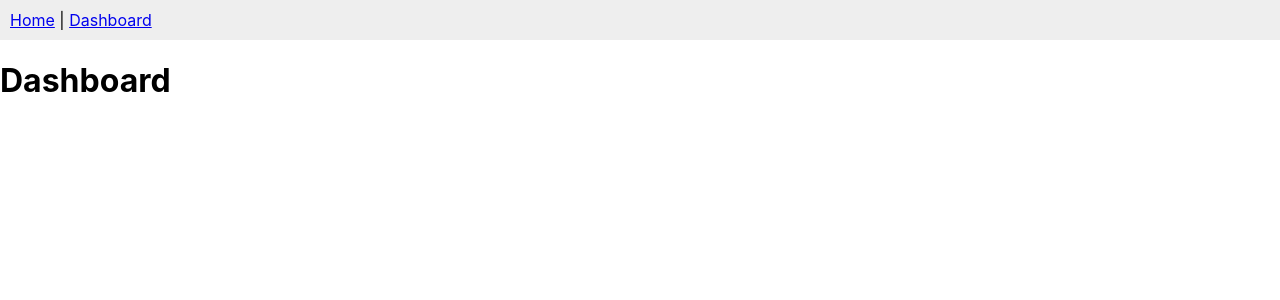
Repository: sashwanth-7/coursera-clone
Page: /dashboard
An editor plug-in stored every save of this project. The page is shown before and after the next save, followed by the edit.
The browser window is 1280 px wide. The pictures show the whole page.
The project was rebuilt for these pictures with package versions that can differ from the ones it lists, and the page was loaded fresh each time. Also part of the build but not shown: src/data/courses.js, src/components/CourseCard.jsx, src/pages/Home.jsx, src/pages/CourseDetails.jsx, src/pages/Learning.jsx.

Above is the page before, as saved 2026-03-19 13:55:10.

### src/App.js
import { BrowserRouter, Routes, Route, Link } from "react-router-dom";

import Home from "./pages/Home";
import CourseDetails from "./pages/CourseDetails";
import Learning from "./pages/Learning";
import Dashboard from "./pages/Dashboard";

function App() {
  return (
    <BrowserRouter>
      <nav style={{ padding: "10px", background: "#eee" }}>
        <Link to="/">Home</Link> |{" "}
        <Link to="/dashboard">Dashboard</Link>
      </nav>

      <Routes>
        <Route path="/" element={<Home />} />
        <Route path="/course/:id" element={<CourseDetails />} />
        <Route path="/learn/:id" element={<Learning />} />
        <Route path="/dashboard" element={<Dashboard />} />
      </Routes>
    </BrowserRouter>
  );
}

export default App;

### src/pages/Dashboard.jsx
function Dashboard() {
  return <h1>Dashboard</h1>;
}

export default Dashboard;

Loaded but not shown: public/index.html (common file); src/index.js (common file); src/index.css (common file); src/reportWebVitals.js (common file)

After the next save:
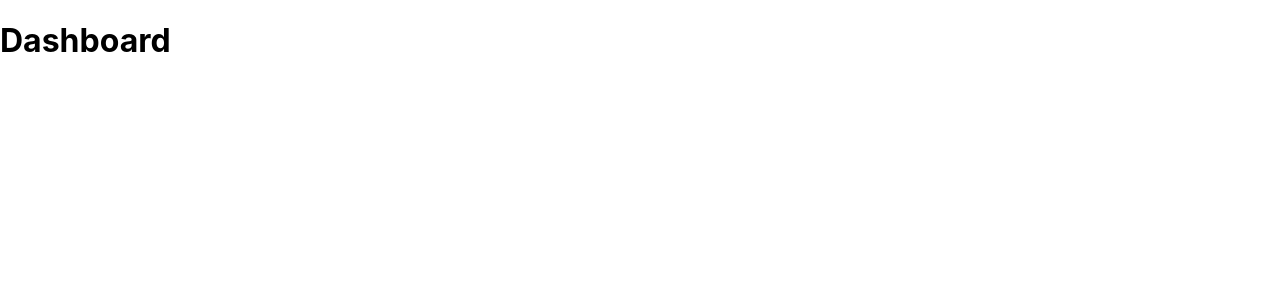
Saved 3 min 9 s later.
--- a/src/App.js
+++ b/src/App.js
@@ -1,4 +1,4 @@
-import { BrowserRouter, Routes, Route, Link } from "react-router-dom";
+import { BrowserRouter, Routes, Route } from "react-router-dom";
 
 import Home from "./pages/Home";
 import CourseDetails from "./pages/CourseDetails";
@@ -8,11 +8,6 @@ import Dashboard from "./pages/Dashboard";
 function App() {
   return (
     <BrowserRouter>
-      <nav style={{ padding: "10px", background: "#eee" }}>
-        <Link to="/">Home</Link> |{" "}
-        <Link to="/dashboard">Dashboard</Link>
-      </nav>
-
       <Routes>
         <Route path="/" element={<Home />} />
         <Route path="/course/:id" element={<CourseDetails />} />
